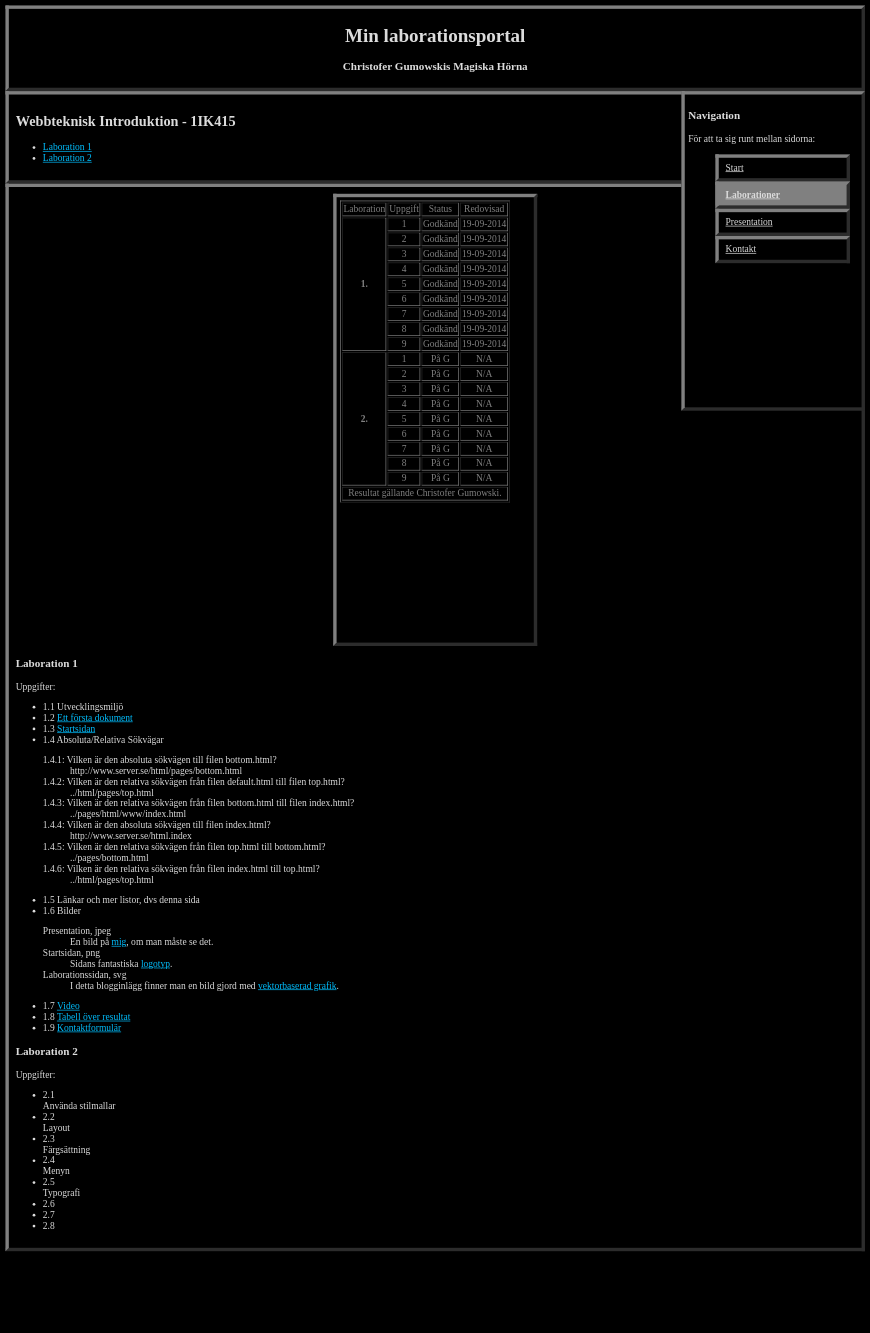
Repository: cg222im/1IK415_cg222im
Page: pages/laborationer.html
The author's editor kept a record of every edit. The page is drawn from the files as they stood at one moment, then again after the next edit.
The browser window is 1280 px wide. The pictures show the whole page, at 68% of full size.

Above is the page before.

After the next edit:
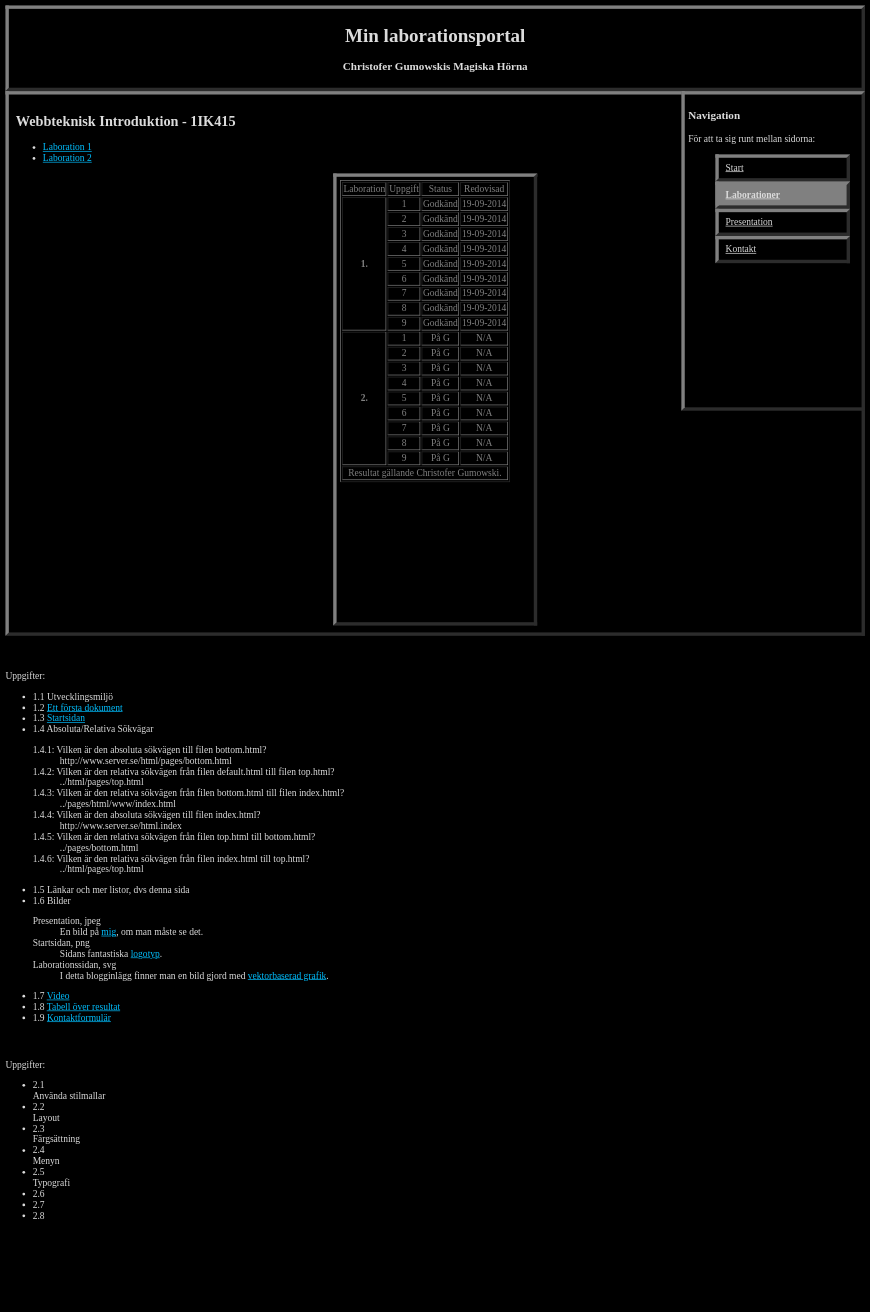
The edit:
--- a/pages/laborationer.html
+++ b/pages/laborationer.html
@@ -32,61 +32,59 @@
                     <li><a href="#Laboration1">Laboration 1</a></li>
                     <li><a href="#Laboration2">Laboration 2</a></li>
                 </ul>
+
+                <div id="table">
+                    <!--Uppställd resultattabell-->
+                    <a id="resultat"></a>
+                    <table border="1">
+                        <thead>
+                          <tr>
+                            <td>Laboration</td>
+                            <td>Uppgift</td>
+                            <td>Status</td>
+                            <td>Redovisad</td>
+                          </tr>
+                        </thead>
+
+                        <tfoot>
+                            <tr>
+                              <td colspan="4">Resultat gällande Christofer Gumowski.</td>
+                            </tr>
+                        </tfoot>
+
+                        <!--Följande kod är något komprimerad för att spara plats-->
+                        <tbody>
+                          <tr>
+                            <th rowspan="9">1.</th>
+                            <td>1</td><td>Godkänd</td><td>19-09-2014</td>
+                          </tr>
+                            <tr><td>2</td><td>Godkänd</td><td>19-09-2014</td></tr>
+                            <tr><td>3</td><td>Godkänd</td><td>19-09-2014</td></tr>
+                            <tr><td>4</td><td>Godkänd</td><td>19-09-2014</td></tr>
+                            <tr><td>5</td><td>Godkänd</td><td>19-09-2014</td></tr>
+                            <tr><td>6</td><td>Godkänd</td><td>19-09-2014</td></tr>
+                            <tr><td>7</td><td>Godkänd</td><td>19-09-2014</td></tr>
+                            <tr><td>8</td><td>Godkänd</td><td>19-09-2014</td></tr>
+                            <tr><td>9</td><td>Godkänd</td><td>19-09-2014</td></tr>
+                        </tbody>
+
+                        <tbody>
+                          <tr>
+                               <th rowspan="9">2.</th>
+                            <td>1</td><td>På G</td><td>N/A</td>
+                          </tr>
+                            <tr><td>2</td><td>På G</td><td>N/A</td></tr>
+                            <tr><td>3</td><td>På G</td><td>N/A</td></tr>
+                            <tr><td>4</td><td>På G</td><td>N/A</td></tr>
+                            <tr><td>5</td><td>På G</td><td>N/A</td></tr>
+                            <tr><td>6</td><td>På G</td><td>N/A</td></tr>
+                            <tr><td>7</td><td>På G</td><td>N/A</td></tr>
+                            <tr><td>8</td><td>På G</td><td>N/A</td></tr>
+                            <tr><td>9</td><td>På G</td><td>N/A</td></tr>
+                        </tbody>
+                    </table>
+                </div>
         </div>
-
-        <div id="main">
-            <div id="table">
-                <!--Uppställd resultattabell-->
-                <a id="resultat"></a>
-                <table border="1">
-                    <thead>
-                      <tr>
-                        <td>Laboration</td>
-                        <td>Uppgift</td>
-                        <td>Status</td>
-                        <td>Redovisad</td>
-                      </tr>
-                    </thead>
-
-                    <tfoot>
-                        <tr>
-                          <td colspan="4">Resultat gällande Christofer Gumowski.</td>
-                        </tr>
-                    </tfoot>
-
-                    <!--Följande kod är något komprimerad för att spara plats-->
-                    <tbody>
-                      <tr>
-                        <th rowspan="9">1.</th>
-                        <td>1</td><td>Godkänd</td><td>19-09-2014</td>
-                      </tr>
-                        <tr><td>2</td><td>Godkänd</td><td>19-09-2014</td></tr>
-                        <tr><td>3</td><td>Godkänd</td><td>19-09-2014</td></tr>
-                        <tr><td>4</td><td>Godkänd</td><td>19-09-2014</td></tr>
-                        <tr><td>5</td><td>Godkänd</td><td>19-09-2014</td></tr>
-                        <tr><td>6</td><td>Godkänd</td><td>19-09-2014</td></tr>
-                        <tr><td>7</td><td>Godkänd</td><td>19-09-2014</td></tr>
-                        <tr><td>8</td><td>Godkänd</td><td>19-09-2014</td></tr>
-                        <tr><td>9</td><td>Godkänd</td><td>19-09-2014</td></tr>
-                    </tbody>
-
-                    <tbody>
-                      <tr>
-                           <th rowspan="9">2.</th>
-                        <td>1</td><td>På G</td><td>N/A</td>
-                      </tr>
-                        <tr><td>2</td><td>På G</td><td>N/A</td></tr>
-                        <tr><td>3</td><td>På G</td><td>N/A</td></tr>
-                        <tr><td>4</td><td>På G</td><td>N/A</td></tr>
-                        <tr><td>5</td><td>På G</td><td>N/A</td></tr>
-                        <tr><td>6</td><td>På G</td><td>N/A</td></tr>
-                        <tr><td>7</td><td>På G</td><td>N/A</td></tr>
-                        <tr><td>8</td><td>På G</td><td>N/A</td></tr>
-                        <tr><td>9</td><td>På G</td><td>N/A</td></tr>
-                    </tbody>
-                </table>
-            </div>
-
 
             <a id="Laboration1"></a>
             <h3>Laboration 1</h3>
